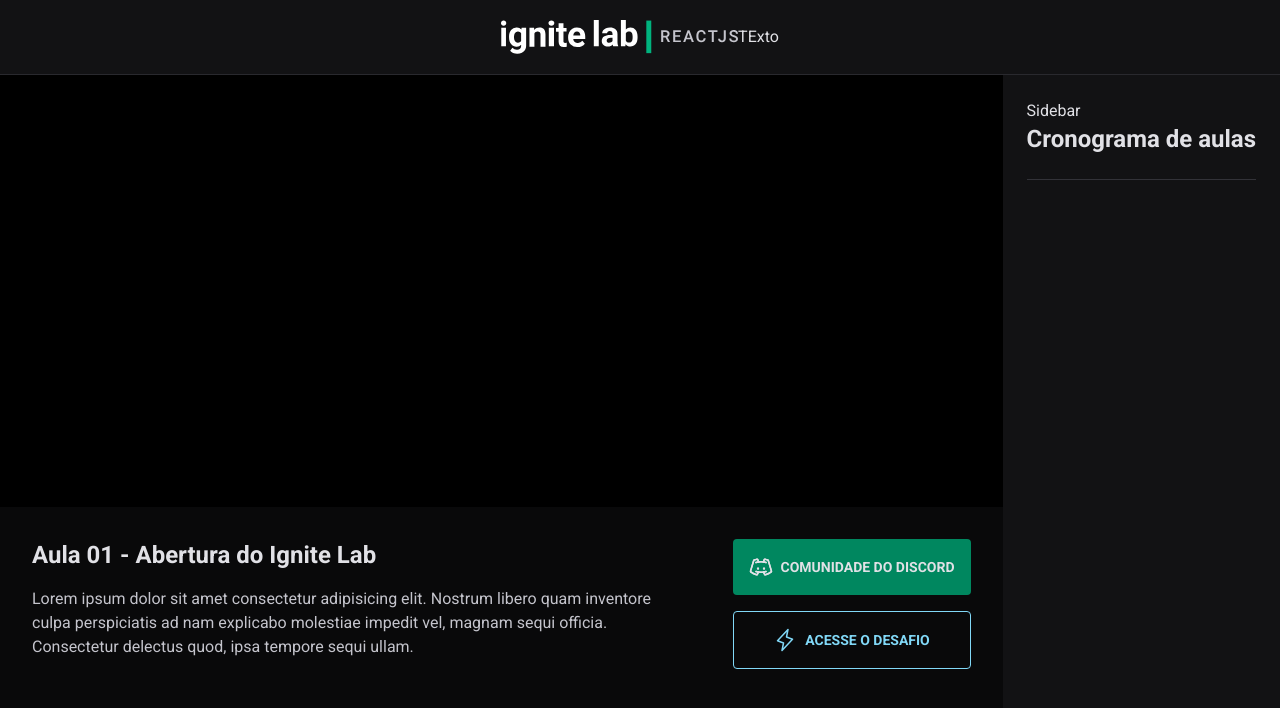
Repository: weltergab/Event_Plataform-IgniteLab
Page: /event
An editor plug-in stored every save of this project. The page is shown before and after the next save, followed by the edit.
The browser window is 1280 px wide. The pictures show the whole page.
The page's requests for data from a server got no answer. The project was rebuilt for these pictures with package versions that can differ from the ones it lists, and the page was loaded fresh each time. No one was signed in, and anything a server would have sent is missing. Also part of the build but not shown: vite.config.ts, src/components/Lesson.tsx.

Above is the page before, as saved 2022-06-25 20:19:07.

### index.html
<!DOCTYPE html>
<html lang="en">

<head>
  <meta charset="UTF-8" />
  <link rel="icon" type="image/svg+xml" href="/src/favicon.svg" />
  <meta name="viewport" content="width=device-width, initial-scale=1.0" />

  <link rel="preconnect" href="https://fonts.googleapis.com" />
  <link rel="preconnect" href="https://fonts.gstatic.com" crossorigin />
  <link href="https://fonts.googleapis.com/css2?family=Roboto:wght@400;500;700&display=swap" rel="stylesheet" />

  <title>Event Plataform</title>
</head>

<body>
  <div id="root"></div>
  <script type="module" src="/src/main.tsx"></script>
</body>

</html>

### src/main.tsx
import { ApolloProvider } from '@apollo/client'
import React from 'react'
import ReactDOM from 'react-dom/client'
import App from './App'
import { client } from './lib/apollo';

import './styles/global.css'

ReactDOM.createRoot(document.getElementById('root')!).render(
  <ApolloProvider client={client}>
    <React.StrictMode>
    <App />
    </React.StrictMode>
  </ApolloProvider>

)

### src/App.tsx
import { gql, useQuery } from '@apollo/client'
import { useState } from 'react'

import { Event } from './pages/Event'


const GET_LESSONS_QUERY = gql`
  query {
    lessons {
      id
      title
    }

  }
`




function App() {
  const { data } = useQuery(GET_LESSONS_QUERY)

  console.log(data);





  const [count, setCount] = useState(0)

  return (
    <div className="All">
      <Event />
    </div>

  )
}

export default App

### src/lib/apollo.ts
import { ApolloClient, InMemoryCache } from "@apollo/client";

export const client = new ApolloClient({
    uri: 'https://api-sa-east-1.graphcms.com/v2/cl4pywx0h2kp101xtf4npbpzl/master',
    cache: new InMemoryCache()
})

### src/pages/Event.tsx
import { Header } from "../components/Header";
import { Sidebar } from "../components/Sidebar";
import { Video } from "../components/Video";

export function Event() {
    return (
        <div className="flex flex-col min-h-screen">
            <Header />
            <main className="flex flex-1">
                <Video />
                <Sidebar />
            </main>
        </div>
    )
}

### src/components/Header.tsx
import { Logo } from "./Logo";

export function Header(){
    return (
        <header className="w-full py-5 flex items-center justify-center bg-gray-700 border-b border-gray-600">
            <Logo />
            TExto
        </header>
    )
}

### src/components/Sidebar.tsx
import { gql, useQuery } from '@apollo/client'
import { Lesson } from "./Lesson";

const GET_LESSONS_QUERY = gql`
    query {
        lessons(orderBy: availableAt_ASC, stage: PUBLISHED){
            id
            lessonType
            availableAt
            title
            slug
        }
    }
`

interface GetLessonsQueryResponse {
    lessons: Array<{
        id: string
        title: string
        slug: string
        availableAt: string
        lessonType: 'live' | 'class'
    }>
}

export function Sidebar() {
    const { data } = useQuery<GetLessonsQueryResponse>(GET_LESSONS_QUERY)

    return (
        <aside className="w-[348] bg-gray-700 p-6 border-1 border-gray-600">
            <h1>Sidebar</h1>
            <span className="font-bold text-2xl pb-6 mb-6 border-b border-gray-500 block">
                Cronograma de aulas
            </span>
            <div className="flex flex-col gab-8">
                {data?.lessons.map(lesson => {
                    return (
                <Lesson
                    key={lesson.id}
                    title={lesson.title}
                    slug={lesson.slug}
                    availableAt={new Date(lesson.availableAt)}
                    type={lesson.lessonType}
                />
                )
                })}
            </div>
        </aside>
    )
}

### src/components/Video.tsx
import { DiscordLogo, Lightning } from "phosphor-react";

export function Video() {
    return (
        <div className="flex-1">
            <div className="bg-black">
                <div className="h-full w-full max-w-[1100px] max-h-[60vh] aspect-video"></div>
            </div>
            <div className="p-8 max-w-[1100px] mx-auto">
                <div className="flex items-start gap-16">
                    <div className="flex-1">
                        <h1 className="text-2xl font-bold">
                            Aula 01 - Abertura do Ignite Lab
                        </h1>
                        <p className="mt-4 text-gray-200">
                            Lorem ipsum dolor sit amet consectetur adipisicing elit. Nostrum libero quam inventore culpa perspiciatis ad nam explicabo molestiae impedit vel, magnam sequi officia. Consectetur delectus quod, ipsa tempore sequi ullam.
                        </p>
                    </div>
                    <div className="flex flex-col gap-4">
                        <a href="" className="p-4 text-sm bg-green-500 flex items-center rounded font-bold uppercase gap-2 justify-center hover:bg-green-700 transition-colors">
                            <DiscordLogo size={24}/>
                            Comunidade do discord
                        </a>
                        <a href="" className="p-4 text-sm border border-blue-500 text-blue-500 flex items-center rounded font-bold uppercase gap-2 justify-center">
                            <Lightning size={24}/>
                            Acesse o desafio
                        </a>
                    </div>
                </div>

                <div></div>
            </div>
        </div>
    )
}

### src/components/Logo.tsx
export function Logo() {
  return (
    <svg
      xmlns="http://www.w3.org/2000/svg"
      width="237"
      height="34"
      fill="none"
      viewBox="0 0 237 34"
    >
      <path
        fill="#fff"
        d="M.002 3.112a2.49 2.49 0 01.165-.987c.12-.314.304-.595.535-.83A2.906 2.906 0 012.615.572c.698 0 1.374.257 1.912.723.23.24.412.524.536.837a2.701 2.701 0 010 1.979 2.568 2.568 0 01-.536.837 2.889 2.889 0 01-1.907.723 2.901 2.901 0 01-1.908-.723 2.458 2.458 0 01-.538-.84 2.645 2.645 0 01-.172-.996zm4.96 23.146H.273V7.862h4.689v18.397zM8.012 16.973c0-2.853.686-5.145 2.055-6.883a6.653 6.653 0 015.528-2.606 5.869 5.869 0 014.802 2.09l.2-1.751h4.538v17.95a7.891 7.891 0 01-1.12 4.246 7.243 7.243 0 01-3.147 2.752 11.155 11.155 0 01-4.742.94c-1.378 0-2.74-.279-4.008-.812a7.08 7.08 0 01-2.946-2.11l2.208-3.02a5.905 5.905 0 004.543 2.08 4.356 4.356 0 003.104-1.059 3.938 3.938 0 001.103-2.993v-.994a5.775 5.775 0 01-4.555 1.935 6.647 6.647 0 01-3.05-.652 6.615 6.615 0 01-2.408-1.967c-1.397-1.752-2.085-4.089-2.085-6.942v-.21h-.025l.005.006zm4.997.355a6.723 6.723 0 001.026 3.956 3.233 3.233 0 002.799 1.443c.651.045 1.3-.088 1.878-.39a3.52 3.52 0 001.396-1.305v-7.825a3.448 3.448 0 00-1.374-1.305 3.504 3.504 0 00-1.86-.39 3.28 3.28 0 00-1.61.365 3.22 3.22 0 00-1.219 1.103c-.688.975-1.036 2.418-1.036 4.348zM33.098 7.833l.158 2.196a6.527 6.527 0 012.371-1.927 6.38 6.38 0 012.971-.62c1.97 0 3.438.597 4.39 1.79.953 1.194 1.456 2.936 1.486 5.293v12.249h-4.962V14.683a3.367 3.367 0 00-.684-2.344 3.086 3.086 0 00-1.069-.598 3.008 3.008 0 00-1.211-.13 3.349 3.349 0 00-1.821.454c-.553.32-1.01.794-1.313 1.367v13.37H28.45V7.845l4.647-.012zM47.512 3.112a2.304 2.304 0 01.185-.988 2.42 2.42 0 01.59-.831A3.439 3.439 0 0150.404.57c.772 0 1.52.256 2.117.723.508.486.792 1.142.792 1.826 0 .683-.284 1.34-.792 1.826a3.417 3.417 0 01-2.11.723c-.77 0-1.517-.257-2.11-.723a2.47 2.47 0 01-.594-.839 2.342 2.342 0 01-.19-.994h-.005zm5.483 23.149h-5.18V7.86h5.18v18.4zM62.454 3.334v4.612h3.107v3.677h-3.107v9.382c-.05.53.091 1.063.395 1.495a1.824 1.824 0 001.473.45c.476.002.95-.035 1.421-.114v3.803a9.672 9.672 0 01-2.939.449c-3.398 0-5.128-1.775-5.19-5.32V11.644h-2.642V7.968h2.643V3.356h4.841v-.025l-.002.003zM76.487 27.08a9.277 9.277 0 01-6.759-2.55c-1.74-1.699-2.605-3.957-2.605-6.797v-.494a11.295 11.295 0 011.098-5.08 8.141 8.141 0 013.111-3.465 8.72 8.72 0 014.59-1.22c2.577 0 4.62.815 6.098 2.449 1.478 1.633 2.226 3.94 2.226 6.929v2.055h-12.01a4.665 4.665 0 001.473 2.971 4.487 4.487 0 003.111 1.111 5.426 5.426 0 004.548-2.115l2.476 2.781a7.506 7.506 0 01-3.07 2.507 9.81 9.81 0 01-4.287.916v.002zm-.594-15.514a3.127 3.127 0 00-2.428 1.012 5.405 5.405 0 00-1.188 2.912h7.006v-.405a3.749 3.749 0 00-.908-2.608 3.252 3.252 0 00-2.45-.908h-.03l-.002-.003zM97.771 26.259h-4.957V0h4.957V26.26zM112.209 26.259c-.227-.444-.392-.997-.496-1.659-1.196 1.333-2.751 2.002-4.666 2.002-1.811 0-3.314-.523-4.504-1.572-1.191-1.049-1.786-2.372-1.786-3.966 0-1.96.725-3.464 2.179-4.513 1.453-1.049 3.553-1.58 6.3-1.59h2.273v-1.06c0-.854-.22-1.54-.659-2.051-.44-.513-1.131-.77-2.078-.77-.832 0-1.486.2-1.957.6-.474.4-.708.945-.708 1.64h-4.941c0-1.07.331-2.062.992-2.973.662-.91 1.597-1.626 2.804-2.144 1.206-.518 2.564-.778 4.069-.778 2.28 0 4.089.573 5.429 1.718 1.34 1.145 2.009 2.756 2.009 4.83v8.017c.012 1.754.256 3.082.735 3.983v.29h-4.992l-.003-.004zm-4.086-3.435c.728 0 1.402-.163 2.016-.486.614-.326 1.071-.76 1.367-1.308v-3.181h-1.846c-2.472 0-3.79.854-3.948 2.564l-.017.291c0 .614.217 1.123.649 1.523.434.4 1.026.6 1.779.6v-.003zM136.58 17.183c0 2.963-.632 5.273-1.898 6.931-1.265 1.659-3.032 2.488-5.3 2.488-2.006 0-3.608-.77-4.805-2.308l-.222 1.967h-4.444V.001h4.94v9.418c1.14-1.332 2.638-2 4.496-2 2.256 0 4.025.828 5.308 2.487 1.283 1.658 1.923 3.992 1.923 7v.274l.002.003zm-4.94-.358c0-1.868-.296-3.233-.889-4.094-.592-.861-1.475-1.29-2.65-1.29-1.572 0-2.655.643-3.247 1.932v7.299c.604 1.298 1.697 1.95 3.282 1.95 1.584 0 2.643-.788 3.146-2.36.239-.752.358-1.897.358-3.437z"
      ></path>
      <path
        fill="#C4C4CC"
        d="M164.51 17.501h-2.283v4.53h-2.048v-11.78h4.143c1.36 0 2.408.306 3.149.915.74.61 1.108 1.493 1.108 2.648 0 .787-.19 1.449-.57 1.98-.38.532-.911.94-1.59 1.226l2.646 4.906v.106h-2.194l-2.364-4.531h.003zm-2.283-1.65h2.105c.691 0 1.229-.176 1.619-.524.39-.348.582-.824.582-1.429 0-.604-.18-1.12-.538-1.466-.358-.345-.893-.523-1.606-.533h-2.162V15.85zM179.066 16.773h-4.839v3.625h5.656v1.634h-7.704V10.25h7.648v1.65h-5.6v3.253h4.839v1.62zM189.803 19.29h-4.565l-.955 2.744h-2.127l4.452-11.783h1.836l4.459 11.783h-2.137l-.963-2.744zm-3.99-1.65h3.415l-1.707-4.89-1.708 4.89zM204.716 18.197c-.119 1.256-.583 2.238-1.392 2.941-.81.703-1.885 1.056-3.228 1.056-.938 0-1.764-.222-2.48-.668-.715-.445-1.266-1.079-1.656-1.898-.387-.82-.589-1.772-.607-2.858v-1.1c0-1.11.198-2.09.59-2.937.392-.846.96-1.5 1.695-1.96.736-.458 1.587-.688 2.554-.688 1.301 0 2.347.353 3.139 1.057.792.703 1.254 1.7 1.385 2.99h-2.039c-.096-.846-.343-1.458-.74-1.833-.397-.375-.977-.563-1.745-.563-.89 0-1.574.326-2.05.977-.479.652-.721 1.605-.733 2.863v1.044c0 1.273.227 2.245.683 2.917.457.668 1.123 1.004 2.004 1.004.805 0 1.409-.18 1.814-.543.405-.363.661-.962.77-1.804h2.038l-.002.003zM216.481 11.902h-3.674v10.132h-2.031V11.902h-3.642V10.25h9.347v1.65zM222.759 10.251h2.039v8.262c0 1.127-.353 2.023-1.057 2.687-.703.664-1.633.995-2.788.995-1.229 0-2.179-.311-2.848-.93-.669-.62-1.004-1.484-1.004-2.59h2.038c0 .627.156 1.096.467 1.412.31.316.76.474 1.347.474.55 0 .989-.183 1.315-.545.326-.366.489-.867.489-1.51V10.25h.002zM234.952 18.999c0-.518-.183-.918-.545-1.197-.363-.279-1.022-.563-1.972-.849-.95-.286-1.705-.604-2.265-.955-1.074-.674-1.612-1.555-1.612-2.638 0-.95.388-1.732 1.163-2.347.774-.614 1.779-.922 3.015-.922.819 0 1.55.15 2.194.454a3.597 3.597 0 011.513 1.29c.367.558.55 1.177.55 1.858h-2.038c0-.614-.193-1.095-.578-1.443-.385-.348-.938-.524-1.656-.524-.668 0-1.189.144-1.557.43-.37.286-.555.686-.555 1.197 0 .432.2.792.6 1.08.399.29 1.056.57 1.974.842.918.271 1.653.582 2.208.93.556.348.963.748 1.222 1.197.259.452.387.977.387 1.582 0 .982-.375 1.762-1.127 2.342-.753.58-1.775.87-3.063.87a5.755 5.755 0 01-2.352-.473c-.715-.316-1.27-.75-1.668-1.308-.397-.555-.594-1.204-.594-1.942h2.048c0 .669.222 1.187.664 1.555.441.367 1.075.55 1.902.55.713 0 1.246-.143 1.607-.432.357-.288.538-.671.538-1.145l-.003-.002z"
      ></path>
      <path fill="#00B37E" d="M150.271 33.146h-4.958V.57h4.958v32.576z"></path>
    </svg>
  );
}

Loaded but not shown: src/styles/global.css (common file); tailwind.config.js (common file)

After the next save:
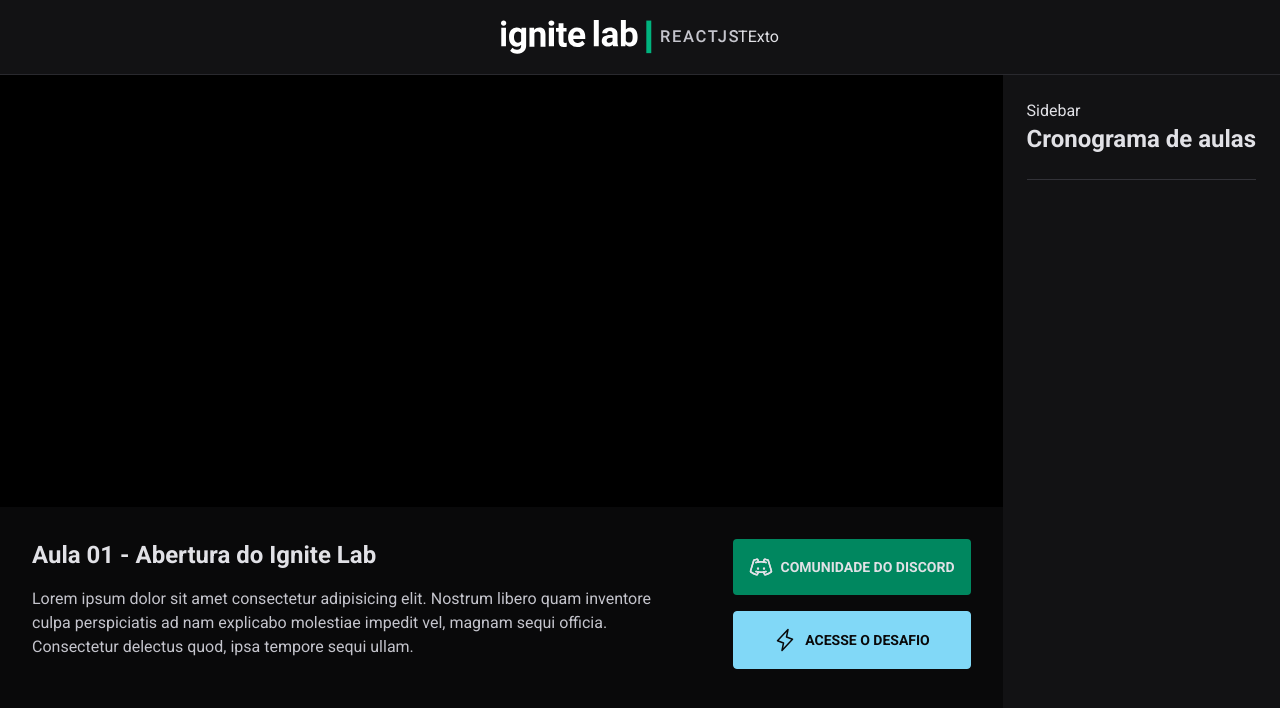
Saved 76 s later.
--- a/src/components/Video.tsx
+++ b/src/components/Video.tsx
@@ -21,7 +21,7 @@
                             <DiscordLogo size={24}/>
                             Comunidade do discord
                         </a>
-                        <a href="" className="p-4 text-sm border border-blue-500 text-blue-500 flex items-center rounded font-bold uppercase gap-2 justify-center">
+                        <a href="" className="p-4 text-sm border border-blue-500 text-blue-500 flex items-center rounded font-bold uppercase gap-2 justify-center hover: bg-blue-500 text-gray-900 transition-colors">
                             <Lightning size={24}/>
                             Acesse o desafio
                         </a>
